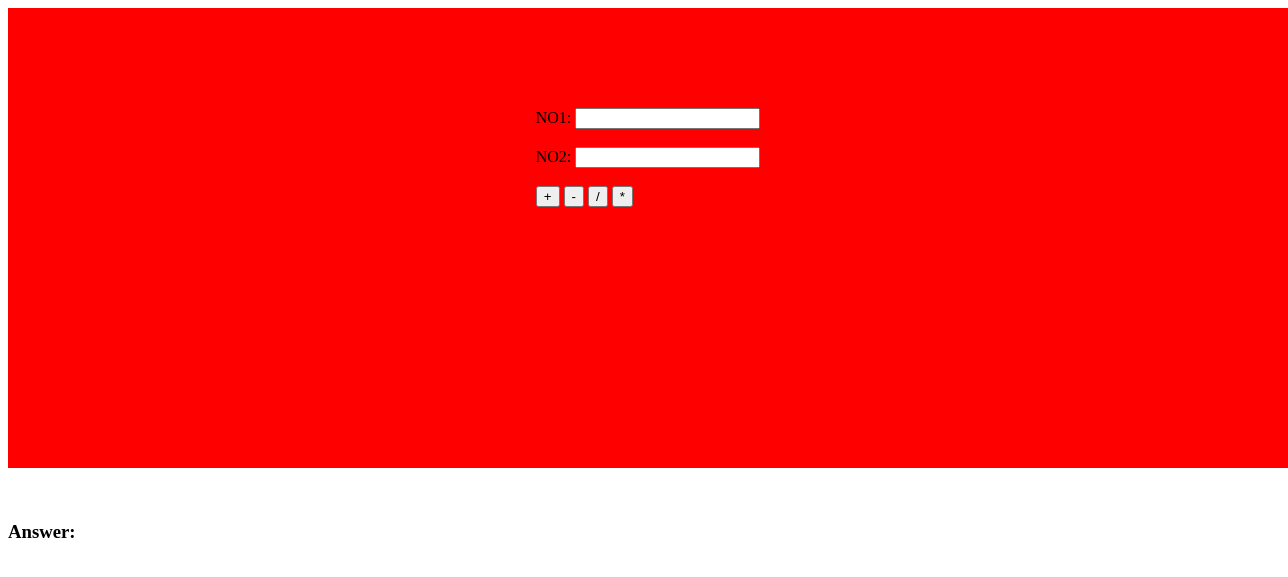
Repository: sajithmadushanka/simple-calculator-using-jsp
Page: http://localhost/simple_calculator/
These files come from the project's save history. The page is drawn as it stood at one moment and after the next save; the edit follows.
The browser window is 1280 px wide. The page is 1288 px wide, so the pictures cover 1288 px, including what lies to the right of the window. The pictures show the whole page.
The page is served by Tomcat 9.

Above is the page before, as saved 2023-09-19 09:20:00.

After the next save:
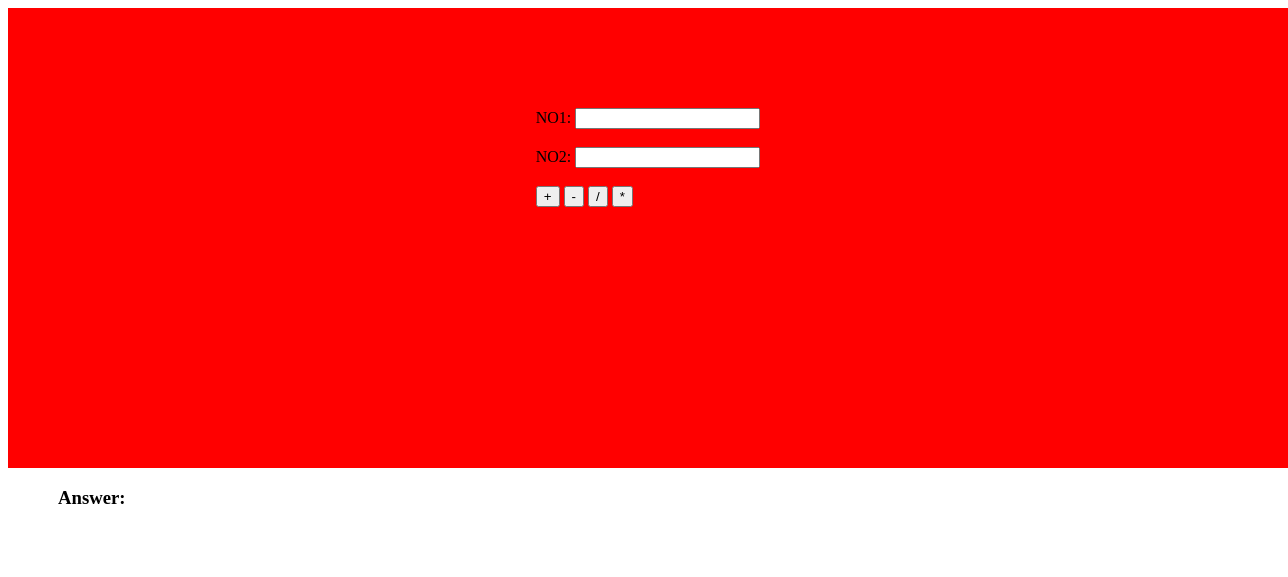
Saved 48 s later.
--- a/simple_calculator/WebContent/index.jsp
+++ b/simple_calculator/WebContent/index.jsp
@@ -14,6 +14,9 @@
 		    justify-content: center;
 		   	padding-top:100px;
 		}
+	h3{
+	margin-left:50px
+	}
 </style>
 </head>
 <body>
@@ -28,6 +31,6 @@
 		</form>
 
 	</div>
-		<p>&nbsp &nbsp &nbsp &nbsp</p><h3 > Answer: </h3>
+		<h3 > Answer: </h3>
 </body>
 </html>
